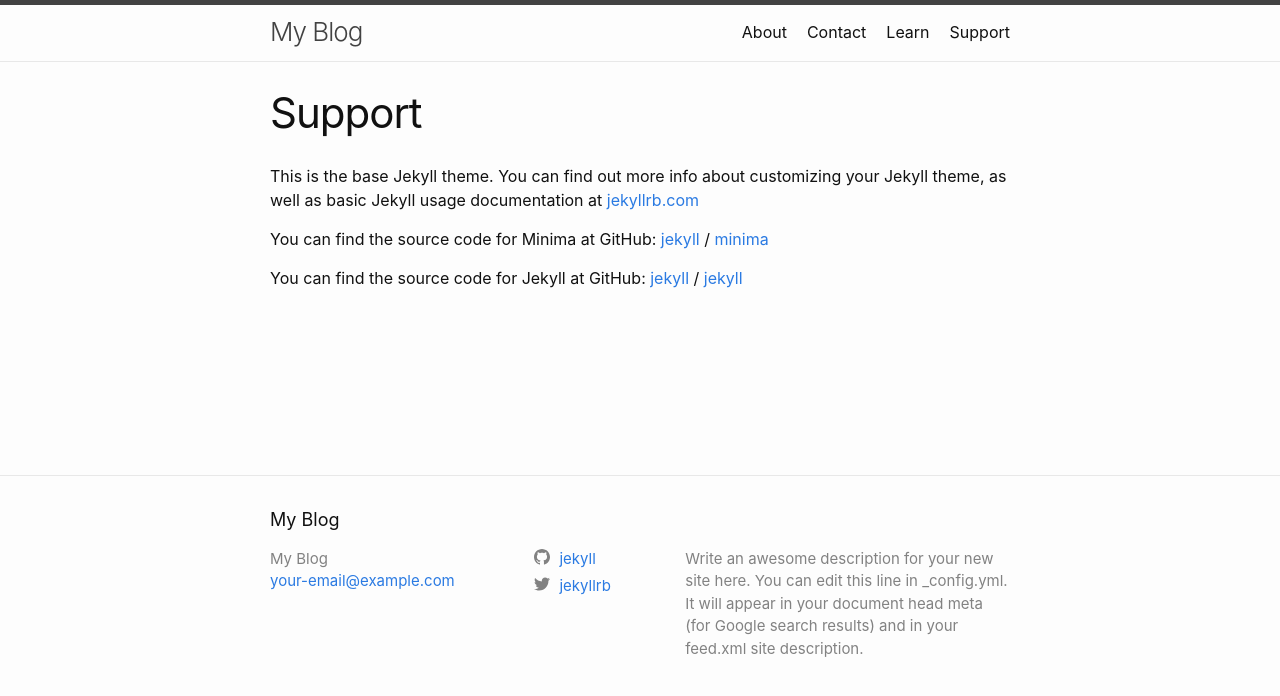
Repository: nashthecoder/nashthecoder
Page: Desktop/Tiger/my-site/_site/support/index.html
An editor plug-in stored every save of this project. The page is shown before and after the next save, followed by the edit.
The browser window is 1280 px wide. The pictures show the whole page.

Above is the page before, as saved 2021-04-12 02:15:32.

After the next save:
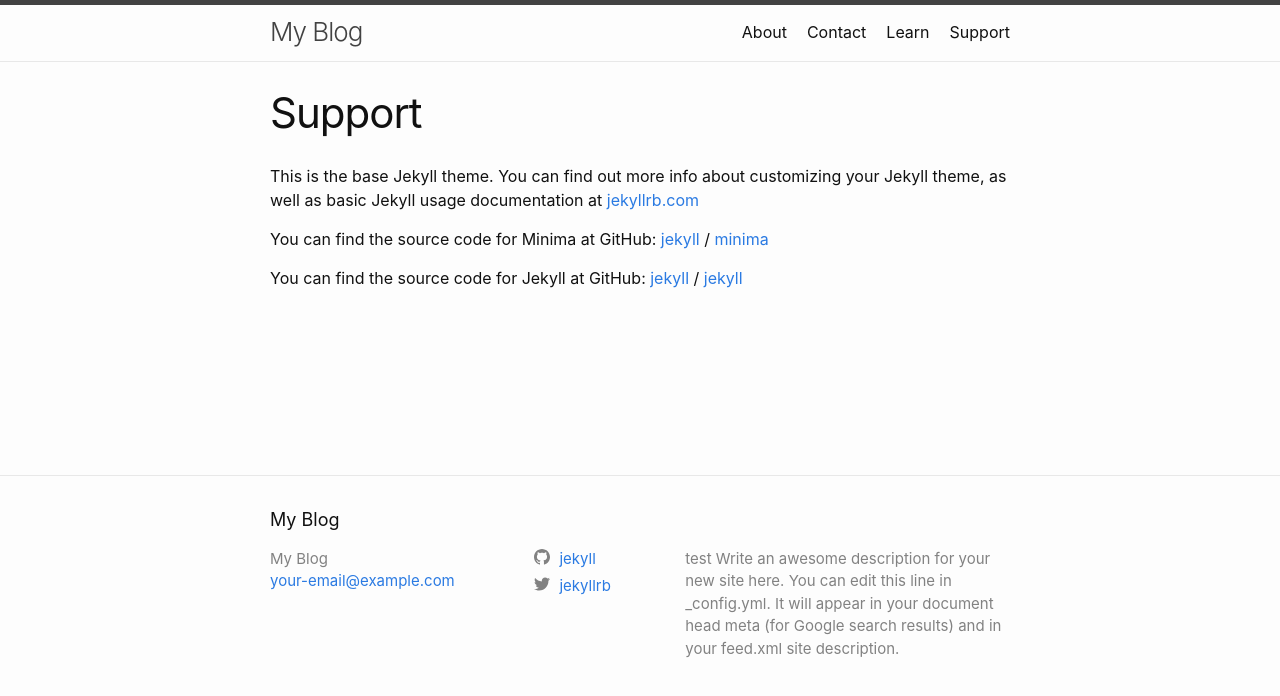
Saved 6 min 13 s later.
--- a/Desktop/Tiger/my-site/_site/support/index.html
+++ b/Desktop/Tiger/my-site/_site/support/index.html
@@ -75,7 +75,7 @@
 </div>
 
       <div class="footer-col footer-col-3">
-        <p>Write an awesome description for your new site here. You can edit this line in _config.yml. It will appear in your document head meta (for Google search results) and in your feed.xml site description.</p>
+        <p>test Write an awesome description for your new site here. You can edit this line in _config.yml. It will appear in your document head meta (for Google search results) and in your feed.xml site description.</p>
       </div>
     </div>
 
